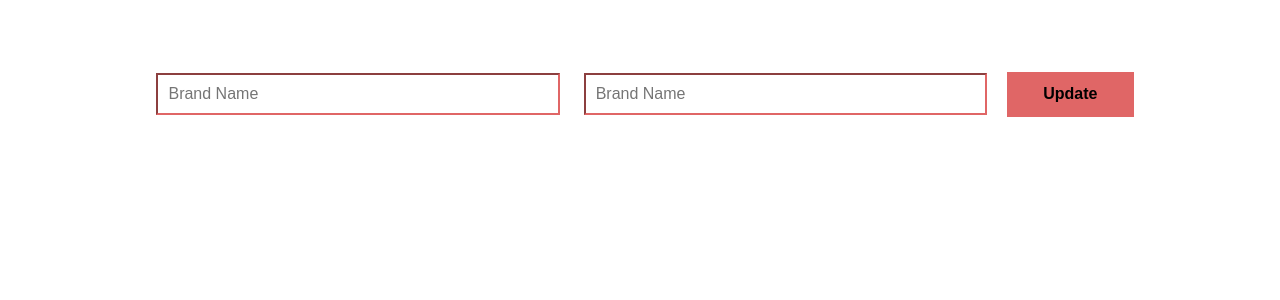
Repository: developerks611/Bumble-bee
Page: http://localhost/Bumble/view-one-brand.jsp
An editor plug-in stored every save of this project. The page is shown before and after the next save, followed by the edit.
The browser window is 1280 px wide. The pictures show the whole page.
The page is served by Tomcat 9. Other server files are loaded and not shown.

Above is the page before, as saved 2023-03-02 13:08:02.

### Bumble/src/main/webapp/view-one-brand.jsp
<%@ page language="java" contentType="text/html; charset=ISO-8859-1"
    pageEncoding="ISO-8859-1" isELIgnored="false"%>
 <%@ taglib prefix = "tag" uri = "http://java.sun.com/jsp/jstl/core" %>
<!DOCTYPE html>
<html>
<head>
<meta charset="ISO-8859-1">
<title>Insert Brand</title>
<style>
.container {
 text-align:center;
 margin-top:5%;
}

.createAccount {
	margin-left: 0.5%;
}

.createAccount{

	background-color:#e06666;
	outline: none;
    border: none;
    width:10%;
    height:45px;
    font-size:100%;
    padding:5px;
    font-weight:bold;
}

.txt_input{

	width:30%;
	height:auto;
	margin:10px;
	padding:10px;
	font-size:100%;
	border-color:#e06666;
}
</style>
</head>
<body>
	<div class="container">
	<tag:set var = "brand" scope = "session" value = "${brand}"/>

		<p>${message}<p>
		<form action="updateBrand" method="post">
		<input type="hidden" name="action" value="updatebrand">
			<input type="text" class="txt_input" placeholder="Brand Name" name="brandname" value="${brand.getBrandname()}">
			<input type="text" class="txt_input" placeholder="Brand Name" name="brandname" value="${brand.getBrandname()}">
			<button type="submit" class="btn btn-success createAccount" >Update</button>
		</form>



	</div>

</body>
</html>

After the next save:
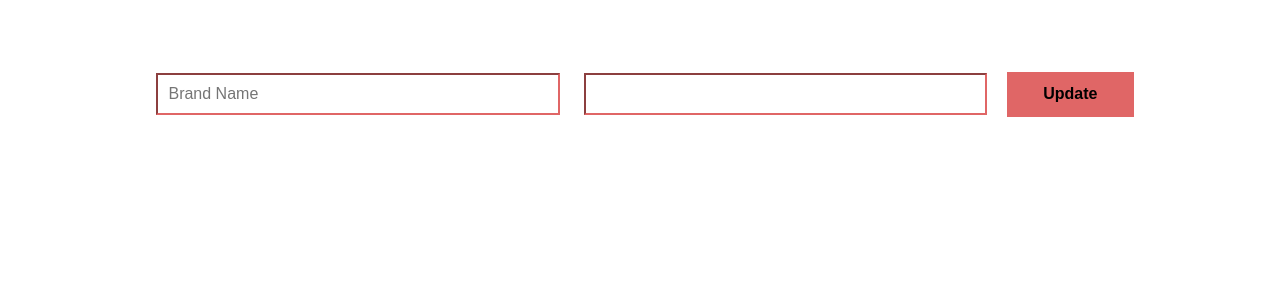
Saved 12 s later.
--- a/Bumble/src/main/webapp/view-one-brand.jsp
+++ b/Bumble/src/main/webapp/view-one-brand.jsp
@@ -47,7 +47,7 @@
 		<form action="updateBrand" method="post">
 		<input type="hidden" name="action" value="updatebrand">
 			<input type="text" class="txt_input" placeholder="Brand Name" name="brandname" value="${brand.getBrandname()}">
-			<input type="text" class="txt_input" placeholder="Brand Name" name="brandname" value="${brand.getBrandname()}">
+			<input type="text" class="txt_input"  name="brandname" value="${brand.getBrandname()}">
 			<button type="submit" class="btn btn-success createAccount" >Update</button>
 		</form>
 
